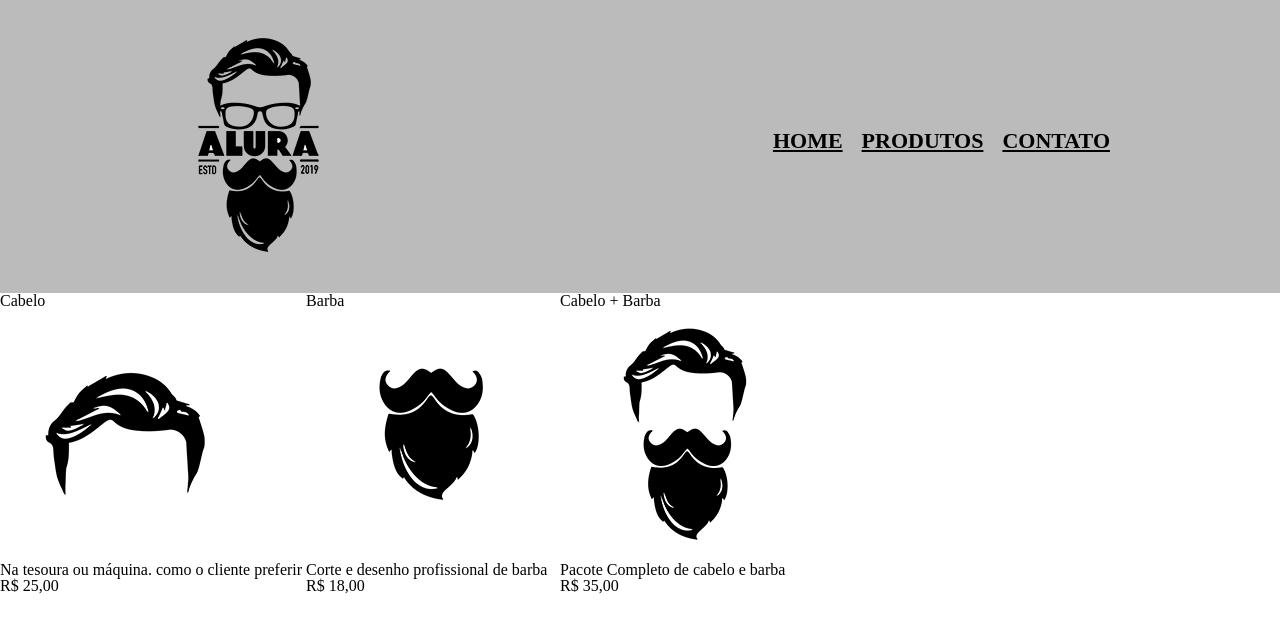
Repository: AnaBerlanda/AulaAlura
Page: produtos.html
These files come from the project's save history. The page is drawn as it stood at one moment and after the next save; the edit follows.
The browser window is 1280 px wide. The pictures show the whole page.

Above is the page before, as saved 2022-04-11 15:01:23.

### produtos.html
<!DOCTYPE html>
<html lang="pt-br">

<head>
    <meta charset="utf-8" />
    <title>Produtos - Barbearia Alura</title>
    <link type="text/css" rel="stylesheet" href="reset/reset.css">
    <link type="text/css" rel="stylesheet" href="produtos.css">

</head>
<body>
    <header>
        <div class="caixa">
            <h1><img src="imagem/logo.png"></h1>
            <nav>
                <ul>
                    <li><a href="index.html">Home</a></li>
                    <li><a href="produtos.html">Produtos</a></li>
                    <li><a href="contato.html">Contato</a></li>
                </ul>
            </nav>
        </div>
    </header>

    <main>
        <ul class="produtos">
            <li>
                <h2>Cabelo</h2>
                <img src="imagem/cabelo.jpg">
                <p>Na tesoura ou máquina. como o cliente preferir</p>
                <p>R$ 25,00</p>
            </li>
            <li><h2>Barba</h2>
                <img src="imagem/barba.jpg">
                <p>Corte e desenho profissional de barba</p>
                <p>R$ 18,00</p>
            </li>
            <li><h2>Cabelo + Barba</h2>
                <img src="imagem/cabelo+barba.jpg">
                <p>Pacote Completo de cabelo e barba</p>
                <p>R$ 35,00</p>
            </li>
        </ul>
    </main>



    </div>









    </header>

### produtos.css
header{
    background:#BBBBBB;
    padding: 20px 0;
}
.caixa{
    position: relative;
    width: 940px;
    margin: 0 auto;
}
nav{
    position:absolute;
    top: 110px;
    right: 0;
}
nav li{
    display: inline;
    margin: 0 0 0 15px;
}
nav a{
    text-transform: uppercase;
    color: #000000;
    font-weight: bold;
    font-size: 22px;
    text direction: none;
}
.produtos{
    width: 940px ;
    height: 0 auto ;
}
.produtos li{
    display: inline-block;

}

Loaded but not shown: reset/reset.css (common file)

After the next save:
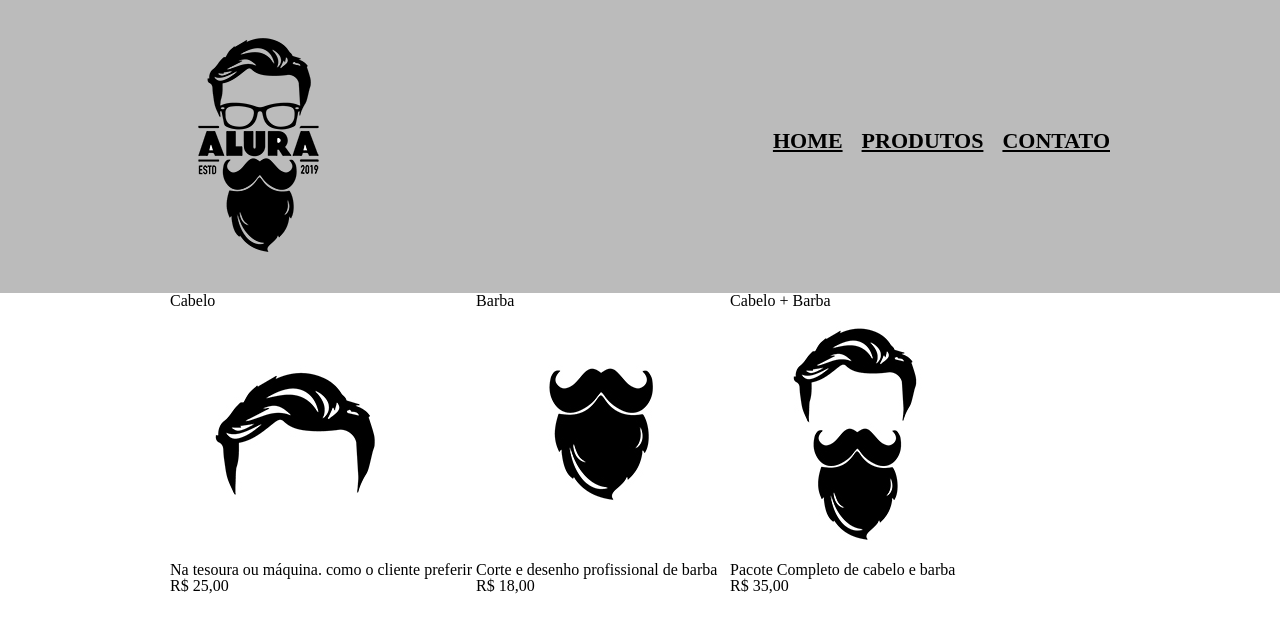
Saved 34 s later.
--- a/produtos.css
+++ b/produtos.css
@@ -25,7 +25,7 @@ nav a{
 }
 .produtos{
     width: 940px ;
-    height: 0 auto ;
+    margin: 0 auto ;
 }
 .produtos li{
     display: inline-block;
